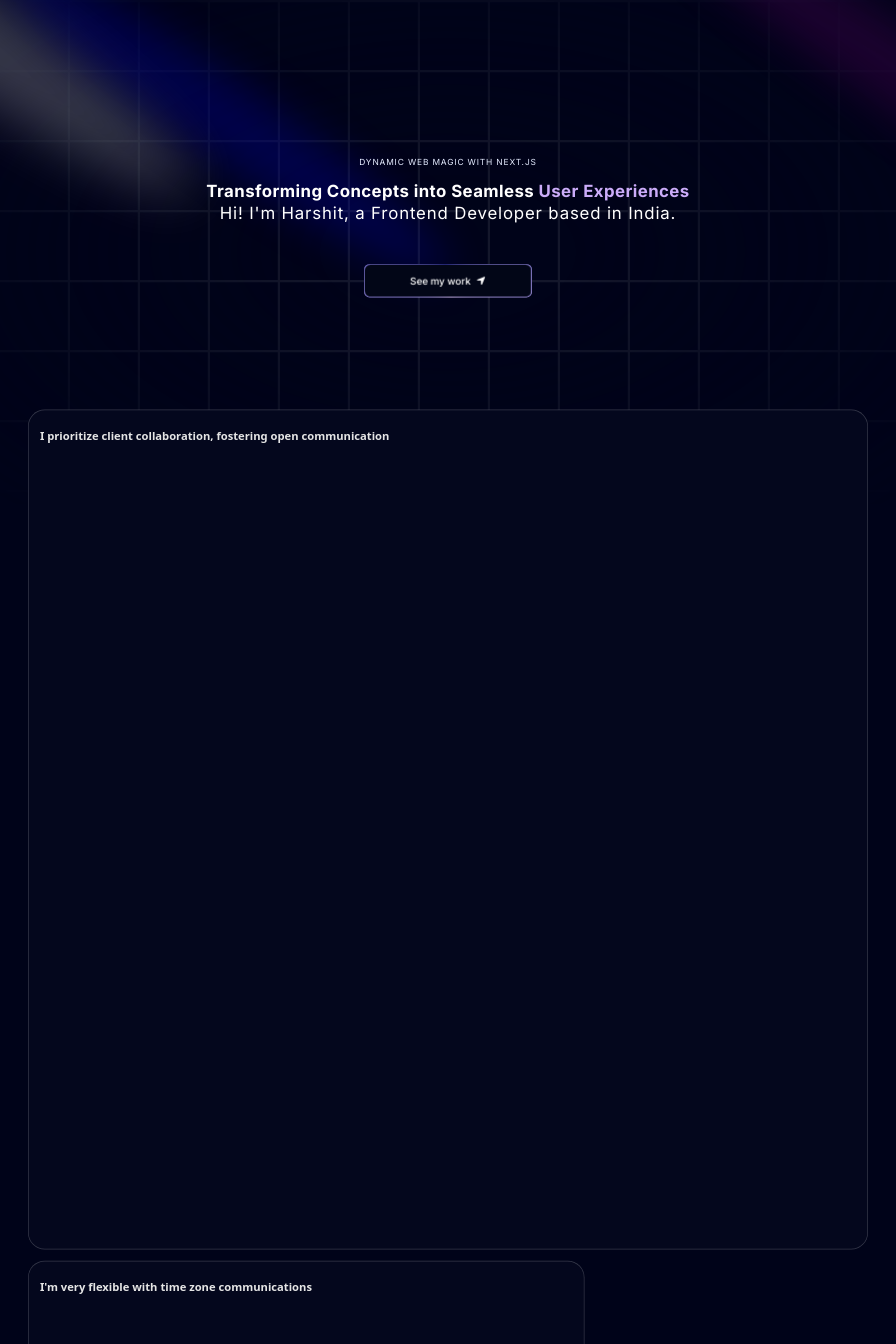
Repository: iharshitjaiswal/next_portfolio
Page: /
The author's editor kept a copy of each file at every save. The page is drawn from the files as they stood at one save, then again after the next save.
The browser window is 1280 px wide. The pictures show the part of the page from y = 0 to 1920 px (the page is 4217 px tall before and 1229 px after), at 70% of full size.
The project was rebuilt for these pictures with package versions that can differ from the ones it lists, and the page was loaded fresh each time. The framework's server and built-in components were replaced by stand-ins that run in the browser. Also part of the build but not shown: next.config.mjs.

Above is the page before, as saved 2024-05-25 11:57:23.

### app/layout.tsx
import type { Metadata } from "next";
import { Inter } from "next/font/google";
import React from "react";
import "./globals.css";
import { ThemeProvider } from "./theme-provider";

const inter = Inter({ subsets: ["latin"] });

export const metadata: Metadata = {
  title: "Harshit's Portfolio",
  description: "Modern & Minimalist Next Portfolio",
};

export default function RootLayout({
  children,
}: Readonly<{
  children: React.ReactNode;
}>) {
  return (
    <html lang="en">
      <body className={inter.className}>
        <ThemeProvider
          attribute="class"
          defaultTheme="dark"
          enableSystem
          disableTransitionOnChange
        >
          {children}
        </ThemeProvider>
      </body>
    </html>
  );
}

### app/page.tsx
"use client";
import Grid from "@/components/Grid";
import Hero from "@/components/Hero";
import { FloatingNav } from "@/components/ui/FloatingNav";
import React from "react";
import { FaHome } from "react-icons/fa";

const Home = () => {
  return (
    <main className="relative bg-black-100 flex justify-center text-white items-center flex-col overflow-hidden mx-auto sm:px-10 px-5">
      <div className="mx-w-7xl w-full">
        <FloatingNav
          navItems={[{ name: "Home", link: "/", icon: <FaHome /> }]}
        />
        <Hero />
        <Grid />
      </div>
    </main>
  );
};
export default Home;

### components/Grid.tsx
import React from "react";
import { BentoGrid, BentoGridItem } from "./ui/BentoGrid";
import { title } from "process";
import { gridItems } from "@/data";

const Grid = () => {
  return (
    <section id="about">
      <BentoGrid>
        {gridItems.map(
          ({
            id,
            title,
            description,
            className,
            img,
            imgClassName,
            titleClassName,
            spareImg,
          }) => (
            <BentoGridItem
              id={id}
              key={id}
              title={title}
              description={description}
              className={className}
              img={img}
              imgClassName={imgClassName}
              titleClassName={titleClassName}
              spareImg={spareImg}
            />
          )
        )}
      </BentoGrid>
    </section>
  );
};

export default Grid;

### components/Hero.tsx
import React from "react";
import { Spotlight } from "./ui/Spotlight";
import { TextGenerateEffect } from "./ui/TextGenerate-Effect";
import MagicButton from "./MagicButton";
import { FaLocationArrow } from "react-icons/fa6";

const Hero = () => {
  return (
    <div className="pb-20 pt-36">
      <div>
        <Spotlight
          className="-top-40 -left-10 md:-left-32 md:-top-20 h-screen"
          fill="white"
        />
        <Spotlight
          className="top-10 left-full h-[80vh] w-[50vw]"
          fill="purple"
        />
        <Spotlight className="top-28 left-80 h-[80vh] w-[50vw]" fill="blue" />
      </div>
      <div className="h-screen w-full dark:bg-black-100 bg-white  dark:bg-grid-white/[0.08] bg-grid-black/[0.2]flex items-center justify-center absolute top-0 left-0">
        <div className="absolute pointer-events-none inset-0 flex items-center justify-center dark:bg-black-100  bg-white [mask-image:radial-gradient(ellipse_at_center,transparent_20%,black)]" />
      </div>
      <div className="flex justify-center relative my-20 z-10">
        <div className="max-w-[89vw] md:max-w-2xl lg:max-w-[60vw] flex flex-col items-center justify-center">
          <p className="uppercase tracking-widest text-xs text-center text-blue-100 max-w-80">
            Dynamic Web Magic with Next.js
          </p>
          <TextGenerateEffect
            words="Transforming Concepts into Seamless User Experiences"
            className="text-center text-[40px] md:text-5xl lg:text-6xl"
          />

          <p className="text-center md:tracking-wider mb-4 text-sm md:text-lg lg:text-2xl">
            Hi! I&apos;m Harshit, a Frontend Developer based in India.
          </p>

          <a href="#about">
            <MagicButton
              title="See my work"
              icon={<FaLocationArrow />}
              position="right"
            />
          </a>
        </div>
      </div>
    </div>
  );
};

export default Hero;

### components/ui/FloatingNav.tsx
"use client";
import React, { useState } from "react";
import {
  motion,
  AnimatePresence,
  useScroll,
  useMotionValueEvent,
} from "framer-motion";
import { cn } from "@/utils/cn";
import Link from "next/link";

export const FloatingNav = ({
  navItems,
  className,
}: {
  navItems: {
    name: string;
    link: string;
    icon?: JSX.Element;
  }[];
  className?: string;
}) => {
  const { scrollYProgress } = useScroll();

  const [visible, setVisible] = useState(false);

  useMotionValueEvent(scrollYProgress, "change", (current) => {
    // Check if current is not undefined and is a number
    if (typeof current === "number") {
      let direction = current! - scrollYProgress.getPrevious()!;

      if (scrollYProgress.get() < 0.05) {
        setVisible(false);
      } else {
        if (direction < 0) {
          setVisible(true);
        } else {
          setVisible(false);
        }
      }
    }
  });

  return (
    <AnimatePresence mode="wait">
      <motion.div
        initial={{
          opacity: 1,
          y: -100,
        }}
        animate={{
          y: visible ? 0 : -100,
          opacity: visible ? 1 : 0,
        }}
        transition={{
          duration: 0.2,
        }}
        className={cn(
          "flex max-w-fit  fixed top-10 inset-x-0 mx-auto border border-transparent dark:border-white/[0.2] rounded-full dark:bg-black bg-white shadow-[0px_2px_3px_-1px_rgba(0,0,0,0.1),0px_1px_0px_0px_rgba(25,28,33,0.02),0px_0px_0px_1px_rgba(25,28,33,0.08)] z-[5000] pr-2 pl-8 py-2  items-center justify-center space-x-4",
          className
        )}
      >
        {navItems.map((navItem: any, idx: number) => (
          <Link
            key={`link=${idx}`}
            href={navItem.link}
            className={cn(
              "relative dark:text-neutral-50 items-center flex space-x-1 text-neutral-600 dark:hover:text-neutral-300 hover:text-neutral-500"
            )}
          >
            <span className="block sm:hidden">{navItem.icon}</span>
            <span className="hidden sm:block text-sm">{navItem.name}</span>
          </Link>
        ))}
        <button className="border text-sm font-medium relative border-neutral-200 dark:border-white/[0.2] text-black dark:text-white px-4 py-2 rounded-full">
          <span>Login</span>
          <span className="absolute inset-x-0 w-1/2 mx-auto -bottom-px bg-gradient-to-r from-transparent via-blue-500 to-transparent  h-px" />
        </button>
      </motion.div>
    </AnimatePresence>
  );
};

### components/ui/BentoGrid.tsx
import { cn } from "@/utils/cn";

export const BentoGrid = ({
  className,
  children,
}: {
  className?: string;
  children?: React.ReactNode;
}) => {
  return (
    <div
      className={cn(
        "grid md:auto-rows-[18rem] grid-cols-1 md:grid-cols-3 gap-4 max-w-7xl mx-auto ",
        className
      )}
    >
      {children}
    </div>
  );
};

export const BentoGridItem = ({
  className,
  title,
  description,
  id,
  img,
  imgClassName,
  titleClassName,
  spareImg,
}: {
  className?: string;
  title?: string | React.ReactNode;
  description?: string | React.ReactNode;
  id?: number;
  img?: string;
  imgClassName?: string;
  titleClassName?: string;
  spareImg?: string;
}) => {
  return (
    <div
      className={cn(
        "row-span-1 relative rounded-3xl group/bento hover:shadow-xl transition duration-200 shadow-input dark:shadow-none p-4 dark:bg-black dark:border-white/[0.2] bg-white border border-transparent justify-between flex flex-col space-y-4 ",
        className
      )}
      style={{
        background: "rgb(4,7,29)",
        backgroundColor: "gradient...",
      }}
    >
      <div className="group-hover/bento:translate-x-2 transition duration-200">
        <div className="font-sans font-bold text-neutral-600 dark:text-neutral-200 mb-2 mt-2">
          {title}
        </div>
        <div className="font-sans font-normal text-neutral-600 text-xs dark:text-neutral-300">
          {description}
        </div>
      </div>
    </div>
  );
};

### components/ui/Spotlight.tsx
import React from "react";
import { cn } from "@/utils/cn";

type SpotlightProps = {
  className?: string;
  fill?: string;
};

export const Spotlight = ({ className, fill }: SpotlightProps) => {
  return (
    <svg
      className={cn(
        "animate-spotlight pointer-events-none absolute z-[1]  h-[169%] w-[138%] lg:w-[84%] opacity-0",
        className
      )}
      xmlns="http://www.w3.org/2000/svg"
      viewBox="0 0 3787 2842"
      fill="none"
    >
      <g filter="url(#filter)">
        <ellipse
          cx="1924.71"
          cy="273.501"
          rx="1924.71"
          ry="273.501"
          transform="matrix(-0.822377 -0.568943 -0.568943 0.822377 3631.88 2291.09)"
          fill={fill || "white"}
          fillOpacity="0.21"
        ></ellipse>
      </g>
      <defs>
        <filter
          id="filter"
          x="0.860352"
          y="0.838989"
          width="3785.16"
          height="2840.26"
          filterUnits="userSpaceOnUse"
          colorInterpolationFilters="sRGB"
        >
          <feFlood floodOpacity="0" result="BackgroundImageFix"></feFlood>
          <feBlend
            mode="normal"
            in="SourceGraphic"
            in2="BackgroundImageFix"
            result="shape"
          ></feBlend>
          <feGaussianBlur
            stdDeviation="151"
            result="effect1_foregroundBlur_1065_8"
          ></feGaussianBlur>
        </filter>
      </defs>
    </svg>
  );
};

### components/ui/TextGenerate-Effect.tsx
"use client";
import { useEffect } from "react";
import { motion, stagger, useAnimate } from "framer-motion";
import { cn } from "@/utils/cn";

export const TextGenerateEffect = ({
  words,
  className,
}: {
  words: string;
  className?: string;
}) => {
  const [scope, animate] = useAnimate();
  let wordsArray = words.split(" ");
  useEffect(() => {
    animate(
      "span",
      {
        opacity: 1,
      },
      {
        duration: 2,
        delay: stagger(0.2),
      }
    );
  }, [scope.current]);

  const renderWords = () => {
    return (
      <motion.div ref={scope}>
        {wordsArray.map((word, idx) => {
          return (
            <motion.span
              key={word + idx}
              className={` ${
                idx > 3 ? "text-purple" : "dark:text-white text-black"
              } opacity-0`}
            >
              {word}{" "}
            </motion.span>
          );
        })}
      </motion.div>
    );
  };

  return (
    <div className={cn("font-bold", className)}>
      <div className="mt-4">
        <div className=" dark:text-white text-black text-2xl leading-snug tracking-wide">
          {renderWords()}
        </div>
      </div>
    </div>
  );
};

### components/MagicButton.tsx
import React from "react";

const MagicButton = ({
  title,
  icon,
  position,
  handleClick,
  otherClasses,
}: {
  title: string;
  icon: React.ReactNode;
  position: string;
  handleClick?: () => void;
  otherClasses?: string;
}) => {
  return (
    <button
      className="relative inline-flex h-12 w-full md:w-60 md:mt-10 overflow-hidden rounded-lg p-[1px] focus:outline-none"
      onClick={handleClick}
    >
      <span className="absolute inset-[-1000%] animate-[spin_2s_linear_infinite] bg-[conic-gradient(from_90deg_at_50%_50%,#E2CBFF_0%,#393BB2_50%,#E2CBFF_100%)]" />

      {/* remove px-3 py-1, add px-5 gap-2 */}
      <span
        className={`inline-flex h-full w-full cursor-pointer items-center justify-center rounded-lg
             bg-slate-950 px-7 text-sm font-medium text-white backdrop-blur-3xl gap-2 ${otherClasses}`}
      >
        {position === "left" && icon}
        {title}
        {position === "right" && icon}
      </span>
    </button>
  );
};

export default MagicButton;

### tailwind.config.ts
import type { Config } from "tailwindcss";
const  svgToDataUri = require("mini-svg-data-uri");
const {
  default: flattenColorPalette,
} = require("tailwindcss/lib/util/flattenColorPalette");

const config = {
  darkMode: ["class"],
  content: [
    "./pages/**/*.{ts,tsx}",
    "./components/**/*.{ts,tsx}",
    "./app/**/*.{ts,tsx}",
    "./src/**/*.{ts,tsx}",
    "./data/**/*.{ts,tsx}",
  ],
  prefix: "",
  theme: {
    container: {
      center: true,
      padding: "2rem",
      screens: {
        "2xl": "1400px",
      },
    },
    extend: {
      colors: {
        black: {
          DEFAULT: "#000",
          100: "#000319",
          200: "rgba(17, 25, 40, 0.75)",
          300: "rgba(255, 255, 255, 0.125)",
        },
        white: {
          DEFAULT: "#FFF",
          100: "#BEC1DD",
          200: "#C1C2D3",
        },
        blue: {
          100: "#E4ECFF",
        },
        purple: "#CBACF9",
        border: "hsl(var(--border))",
        input: "hsl(var(--input))",
        ring: "hsl(var(--ring))",
        background: "hsl(var(--background))",
        foreground: "hsl(var(--foreground))",
        primary: {
          DEFAULT: "hsl(var(--primary))",
          foreground: "hsl(var(--primary-foreground))",
        },
        secondary: {
          DEFAULT: "hsl(var(--secondary))",
          foreground: "hsl(var(--secondary-foreground))",
        },
        destructive: {
          DEFAULT: "hsl(var(--destructive))",
          foreground: "hsl(var(--destructive-foreground))",
        },
        muted: {
          DEFAULT: "hsl(var(--muted))",
          foreground: "hsl(var(--muted-foreground))",
        },
        accent: {
          DEFAULT: "hsl(var(--accent))",
          foreground: "hsl(var(--accent-foreground))",
        },
        popover: {
          DEFAULT: "hsl(var(--popover))",
          foreground: "hsl(var(--popover-foreground))",
        },
        card: {
          DEFAULT: "hsl(var(--card))",
          foreground: "hsl(var(--card-foreground))",
        },
      },
      borderRadius: {
        lg: "var(--radius)",
        md: "calc(var(--radius) - 2px)",
        sm: "calc(var(--radius) - 4px)",
      },
      keyframes: {
        "accordion-down": {
          from: { height: "0" },
          to: { height: "var(--radix-accordion-content-height)" },
        },
        "accordion-up": {
          from: { height: "var(--radix-accordion-content-height)" },
          to: { height: "0" },
        },
        spotlight: {
          "0%": {
            opacity: "0",
            transform: "translate(-72%, -62%) scale(0.5)",
          },
          "100%": {
            opacity: "1",
            transform: "translate(-50%,-40%) scale(1)",
          },
        },
        shimmer: {
          from: {
            backgroundPosition: "0 0",
          },
          to: {
            backgroundPosition: "-200% 0",
          },
        },
        moveHorizontal: {
          "0%": {
            transform: "translateX(-50%) translateY(-10%)",
          },
          "50%": {
            transform: "translateX(50%) translateY(10%)",
          },
          "100%": {
            transform: "translateX(-50%) translateY(-10%)",
          },
        },
        moveInCircle: {
          "0%": {
            transform: "rotate(0deg)",
          },
          "50%": {
            transform: "rotate(180deg)",
          },
          "100%": {
            transform: "rotate(360deg)",
          },
        },
        moveVertical: {
          "0%": {
            transform: "translateY(-50%)",
          },
          "50%": {
            transform: "translateY(50%)",
          },
          "100%": {
            transform: "translateY(-50%)",
          },
        },
        scroll: {
          to: {
            transform: "translate(calc(-50% - 0.5rem))",
          },
        },
      },
      animation: {
        "accordion-down": "accordion-down 0.2s ease-out",
        "accordion-up": "accordion-up 0.2s ease-out",
        spotlight: "spotlight 2s ease .75s 1 forwards",
        shimmer: "shimmer 2s linear infinite",
        first: "moveVertical 30s ease infinite",
        second: "moveInCircle 20s reverse infinite",
        third: "moveInCircle 40s linear infinite",
        fourth: "moveHorizontal 40s ease infinite",
        fifth: "moveInCircle 20s ease infinite",
        scroll:
          "scroll var(--animation-duration, 40s) var(--animation-direction, forwards) linear infinite",
      },
    },
  },
  plugins: [
    require("tailwindcss-animate"),
    addVariablesForColors,
    function ({ matchUtilities, theme }: any) {
      matchUtilities(
        {
          "bg-grid": (value: any) => ({
            backgroundImage: `url("${svgToDataUri(
              `<svg xmlns="http://www.w3.org/2000/svg" viewBox="0 0 32 32" width="100" height="100" fill="none" stroke="${value}"><path d="M0 .5H31.5V32"/></svg>`
            )}")`,
          }),
          "bg-grid-small": (value: any) => ({
            backgroundImage: `url("${svgToDataUri(
              `<svg xmlns="http://www.w3.org/2000/svg" viewBox="0 0 32 32" width="8" height="8" fill="none" stroke="${value}"><path d="M0 .5H31.5V32"/></svg>`
            )}")`,
          }),
          "bg-dot": (value: any) => ({
            backgroundImage: `url("${svgToDataUri(
              `<svg xmlns="http://www.w3.org/2000/svg" viewBox="0 0 32 32" width="16" height="16" fill="none"><circle fill="${value}" id="pattern-circle" cx="10" cy="10" r="1.6257413380501518"></circle></svg>`
            )}")`,
          }),
        },
        { values: flattenColorPalette(theme("backgroundColor")), type: "color" }
      );
    },
  ],
};
function addVariablesForColors({ addBase, theme }: any) {
  let allColors = flattenColorPalette(theme("colors"));
  let newVars = Object.fromEntries(
    Object.entries(allColors).map(([key, val]) => [`--${key}`, val])
  );

  addBase({
    ":root": newVars,
  });
}

export default config;

Loaded but not shown: app/globals.css (common file); app/theme-provider.tsx (common file); data/index.ts (common file); utils/cn.ts (common file)

After the next save:
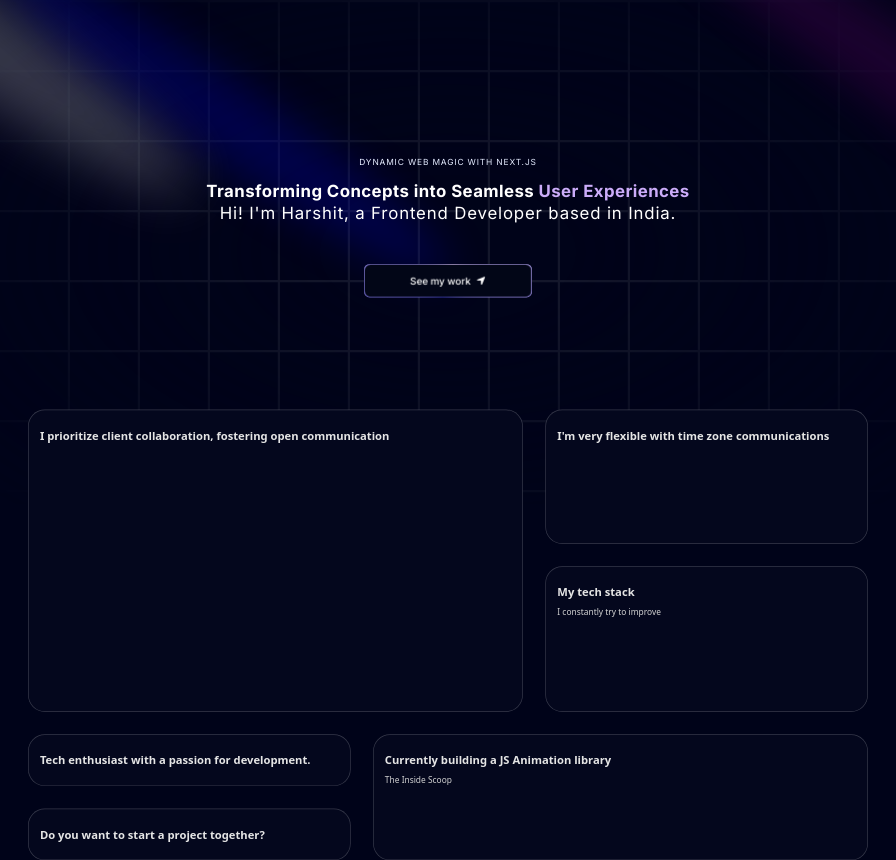
Saved 19 min 31 s later.
--- a/components/ui/BentoGrid.tsx
+++ b/components/ui/BentoGrid.tsx
@@ -10,7 +10,8 @@
   return (
     <div
       className={cn(
-        "grid md:auto-rows-[18rem] grid-cols-1 md:grid-cols-3 gap-4 max-w-7xl mx-auto ",
+        "grid grid-cols-1 md:grid-cols-6 lg:grid-cols-5 md:grid-row-7 gap-4 lg:gap-8 mx-auto",
+
         className
       )}
     >
